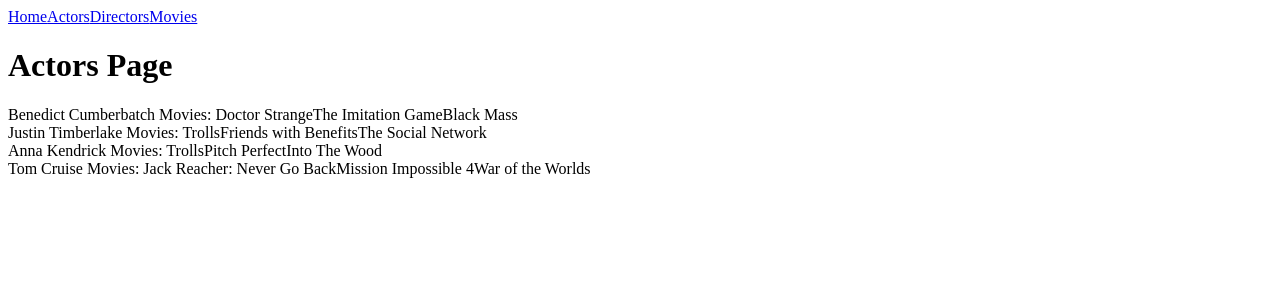
Repository: learn-co-students/react-components-as-routes-lab-onl01-seng-pt-012120
Page: /actors
These files come from the project's save history. The page is drawn as it stood at one moment and after the next save; the edit follows.
The browser window is 1280 px wide. The pictures show the whole page.
The project was rebuilt for these pictures with package versions that can differ from the ones it lists, and the page was loaded fresh each time. Also part of the build but not shown: webpack.config.js, src/components/Home.js, src/components/Directors.js, src/components/Movies.js.

Above is the page before, as saved 2020-10-05 12:11:56.

After the next save:
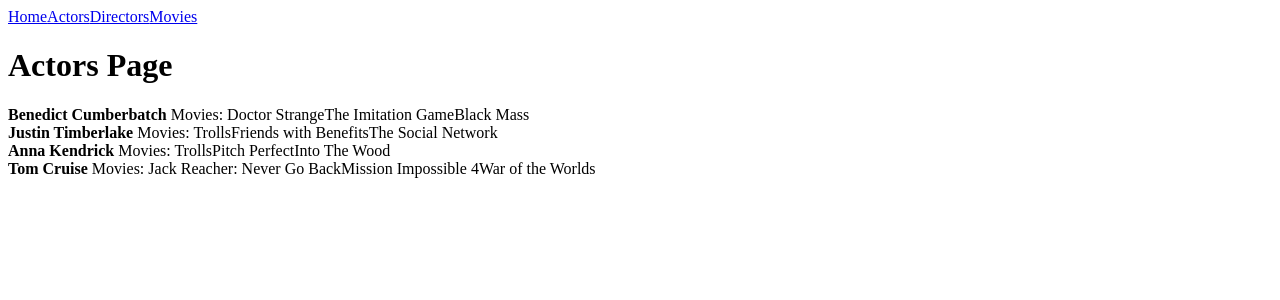
Saved 48 s later.
--- a/src/components/Actors.js
+++ b/src/components/Actors.js
@@ -6,7 +6,7 @@
   return (
     <div>
       <h1>Actors Page</h1>
-      {actors.map(actor=>(<div className='actor'>{actor.name} Movies: {actor.movies}</div>))}
+      {actors.map(actor=>(<div className='actor'><b>{actor.name}</b> Movies: {actor.movies}</div>))}
     </div>
   );
 };
